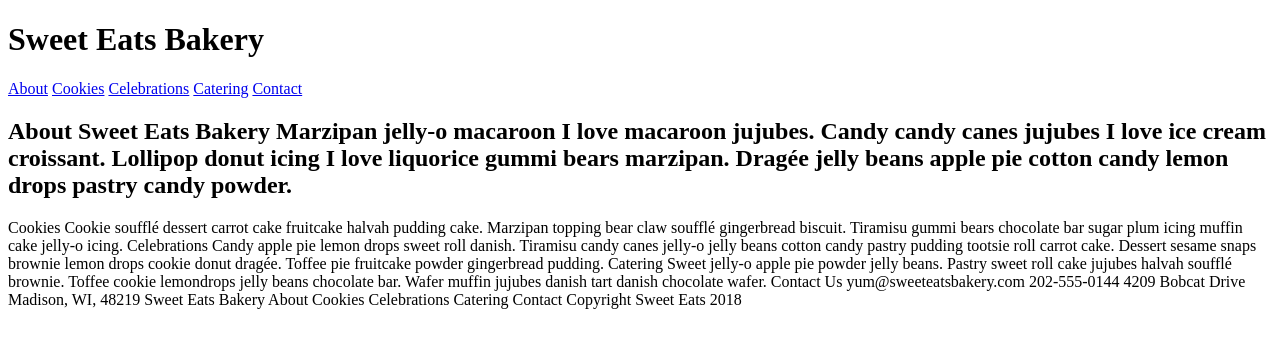
Repository: yoshimario/web-module-challenge-user-interface
Page: index.html
An editor plug-in stored every save of this project. The page is shown before and after a run of saves, followed by the edit.
The browser window is 1280 px wide. The pictures show the whole page.
Some web fonts or font styles are not loaded; a fallback is used.

Above is the page before, as saved 2023-05-14 14:28:12.

### index.html
<!DOCTYPE html>
<html lang="en">

<head>
    <meta charset="UTF-8">
    <!-- import your css file -->
    <link href="https://fonts.googleapis.com/css?family=Gaegu|Roboto" rel="stylesheet">
    <title>Sweet Eats Bakery</title>
</head>

<body>

    <!-- company name -->
    <h1>Sweet Eats Bakery</h1>

    <!-- Navigation -->
    <nav>
       <a href="#">About</a>
       <a href="#">Cookies</a>
       <a href="#">Celebrations</a>
       <a href="#">Catering</a>
       <a href="#">Contact</a>
    </nav>

    </header>
    <!-- Image https://tk-assets.lambdaschool.com/bcf76f62-2431-4c22-b466-2e711f3da2b9_ui-i-bakery-main-header.png -->

    <!-- Marketing header -->
    <section>
        <h2>
    About Sweet Eats Bakery

    Marzipan jelly-o macaroon I love macaroon jujubes. Candy candy canes jujubes I love ice cream croissant. Lollipop
    donut icing I love liquorice gummi bears marzipan. Dragée jelly beans apple pie cotton candy lemon drops pastry candy
    powder.
    </h2>
    </section>
    <!-- content -->

    <!-- Image https://tk-assets.lambdaschool.com/7393a8fd-c8e5-4003-921f-79e0d546d02c_ui-i-bakery-cookies.png -->
    Cookies

    Cookie soufflé dessert carrot cake fruitcake halvah pudding cake. Marzipan topping bear claw soufflé gingerbread
    biscuit. Tiramisu gummi bears chocolate bar sugar plum icing muffin cake jelly-o icing.

    <!-- Image https://tk-assets.lambdaschool.com/297378d6-9c89-430f-9d2e-46ae3d5edce8_ui-i-bakery-cupcake-i.png -->
    Celebrations

    Candy apple pie lemon drops sweet roll danish. Tiramisu candy canes jelly-o jelly beans cotton candy pastry pudding
    tootsie roll carrot cake. Dessert sesame snaps brownie lemon drops cookie donut dragée. Toffee pie fruitcake powder
    gingerbread pudding.

     <!-- Image https://tk-assets.lambdaschool.com/ab0cb095-5900-476c-b042-aea065d3dbbf_ui-i-bakery-celebrate.png -->
    Catering

    Sweet jelly-o apple pie powder jelly beans. Pastry sweet roll cake jujubes halvah soufflé brownie. Toffee cookie
    lemondrops jelly beans chocolate bar. Wafer muffin jujubes danish tart danish chocolate wafer.

    Contact Us

    yum@sweeteatsbakery.com
    202-555-0144
    4209 Bobcat Drive
    Madison, WI, 48219

    <!-- footer -->
    Sweet Eats Bakery

    About
    Cookies
    Celebrations
    Catering
    Contact

    Copyright Sweet Eats 2018
</body>

</html>

After the next 3 saves:
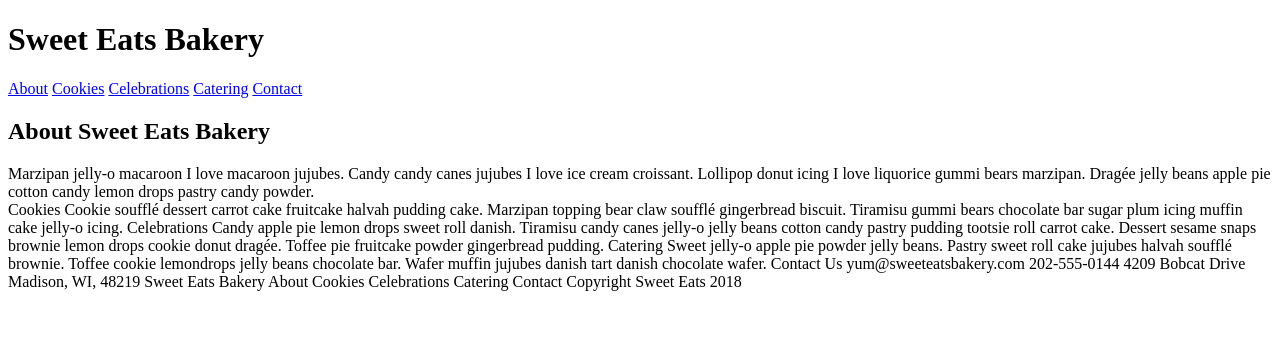
The 3 saves are shown as one change because they came seconds apart.
The last was saved 13 s later.
--- a/index.html
+++ b/index.html
@@ -27,13 +27,12 @@
 
     <!-- Marketing header -->
     <section>
-        <h2>
-    About Sweet Eats Bakery
+        <h2>About Sweet Eats Bakery </h2>
 
     Marzipan jelly-o macaroon I love macaroon jujubes. Candy candy canes jujubes I love ice cream croissant. Lollipop
     donut icing I love liquorice gummi bears marzipan. Dragée jelly beans apple pie cotton candy lemon drops pastry candy
     powder.
-    </h2>
+
     </section>
     <!-- content -->
 
